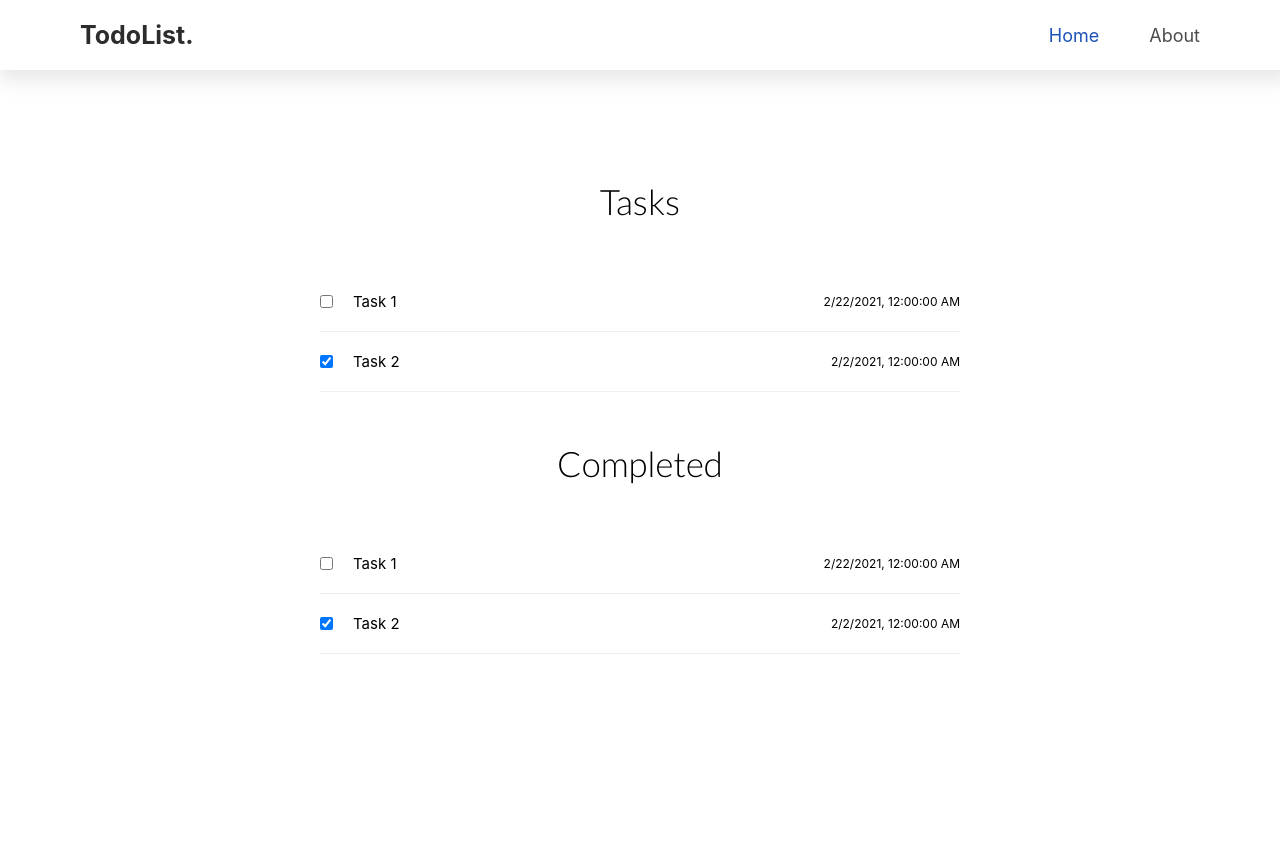
Repository: dqhuy153/react-todoList
Page: /
The author's editor kept a copy of each file at every save. The page is drawn from the files as they stood at one save, then again after the next save.
The browser window is 1280 px wide. The pictures show the whole page.
The project was rebuilt for these pictures with package versions that can differ from the ones it lists, and the page was loaded fresh each time. Also part of the build but not shown: src/components/UI/LoadingSpinner.module.scss.

Above is the page before, as saved 2021-09-16 20:51:06.

After the next save:
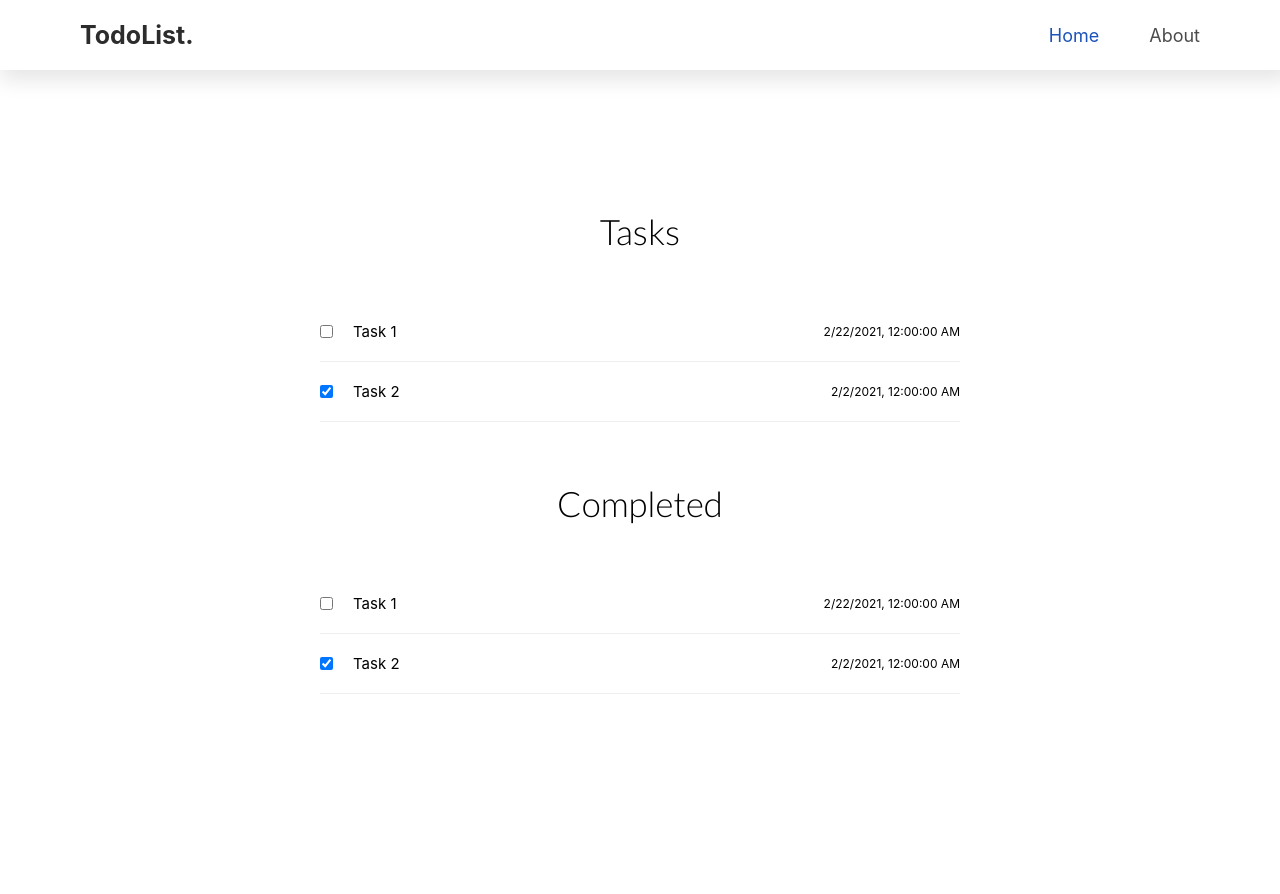
Saved 7 s later.
--- a/src/components/pages/Home.module.scss
+++ b/src/components/pages/Home.module.scss
@@ -6,6 +6,6 @@
     font-family: 'Lato', sans-serif;
     font-weight: 300;
     font-size: 3.5rem;
-    margin-top: 3rem;
+    margin-top: 6rem;
   }
 }

After the save that followed:
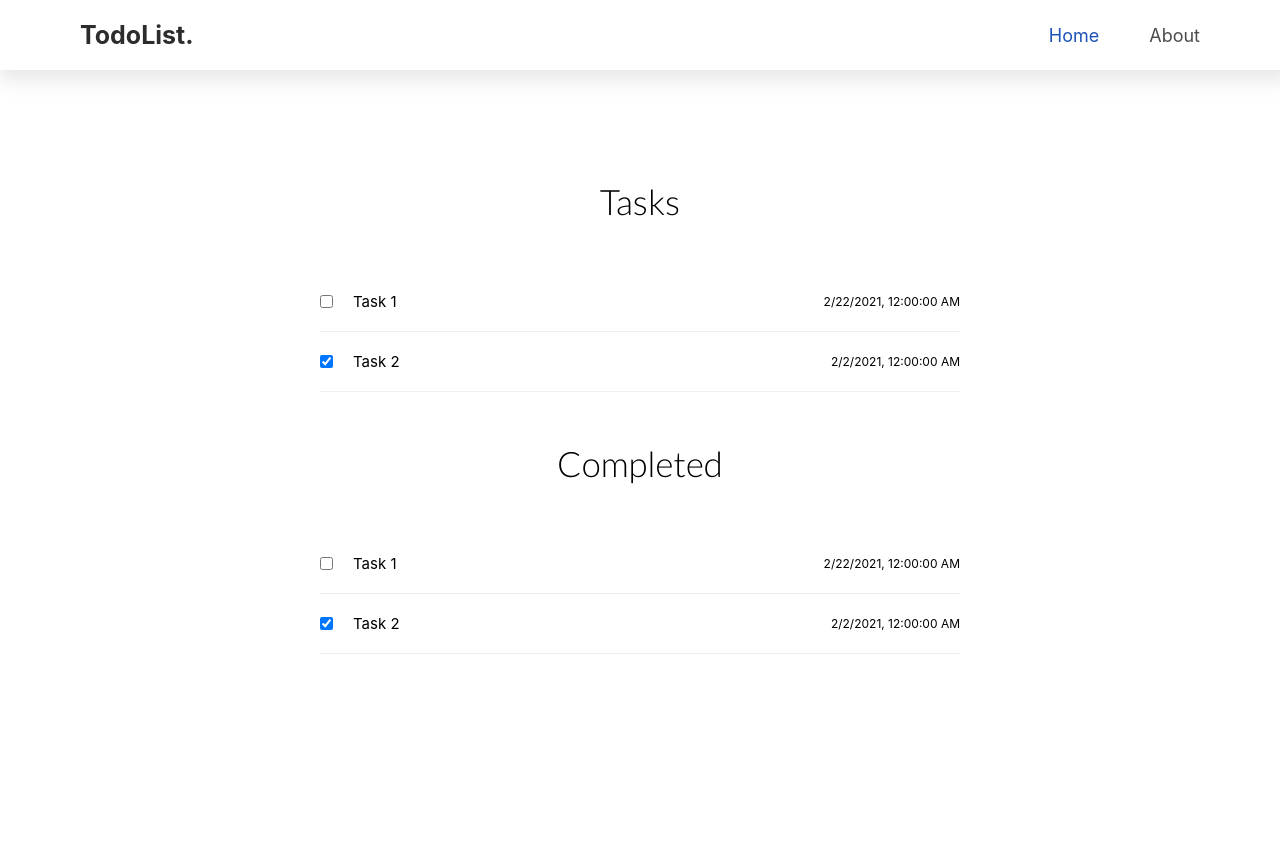
Saved 46 s later.
--- a/src/components/pages/Home.module.scss
+++ b/src/components/pages/Home.module.scss
@@ -6,6 +6,6 @@
     font-family: 'Lato', sans-serif;
     font-weight: 300;
     font-size: 3.5rem;
-    margin-top: 6rem;
+    margin-top: 3rem;
   }
 }
